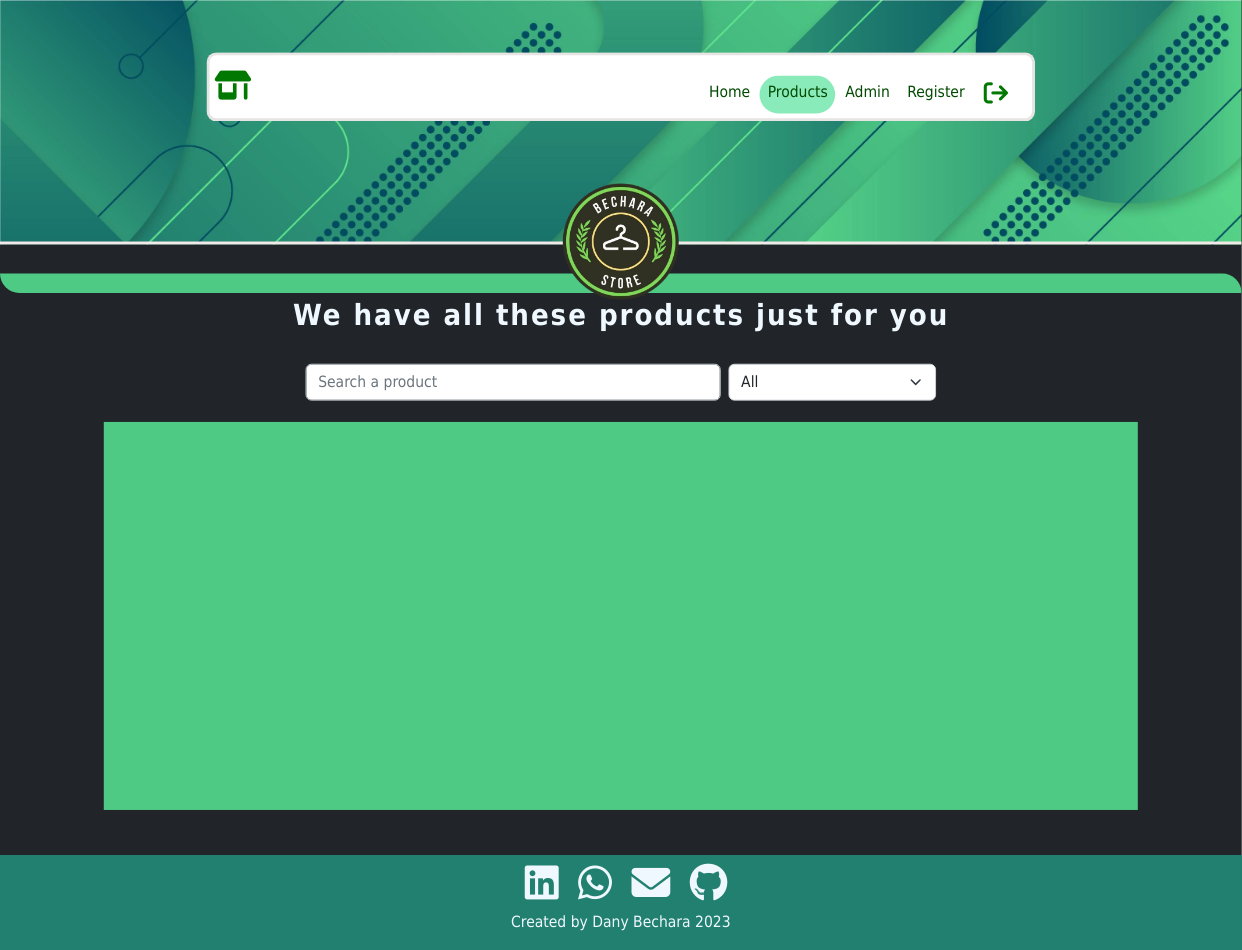
Repository: bechara611/becharastore
Page: /Products
An editor plug-in stored every save of this project. The page is shown before and after the next save, followed by the edit.
The browser window is 1280 px wide. The pictures show the whole page, at 97% of full size.
Backgrounds fixed to the window are drawn as part of the page. The project was rebuilt for these pictures with package versions that can differ from the ones it lists, and the page was loaded fresh each time. Some packages were replaced by stand-ins written for this rebuild. Also part of the build but not shown: src/hooks/useAuth.jsx, src/hooks/useForm.jsx, src/Auth/components/LoginAndRegister.css, src/Auth/components/Login.jsx, src/Auth/components/Register.jsx, src/UI/helper/ElementoActivo.js, src/UI/Components/FormularioContacto.css, src/UI/Components/FormularioContacto.jsx and 1 more.

Above is the page before, as saved 2023-02-01 17:49:01.

After the next save:
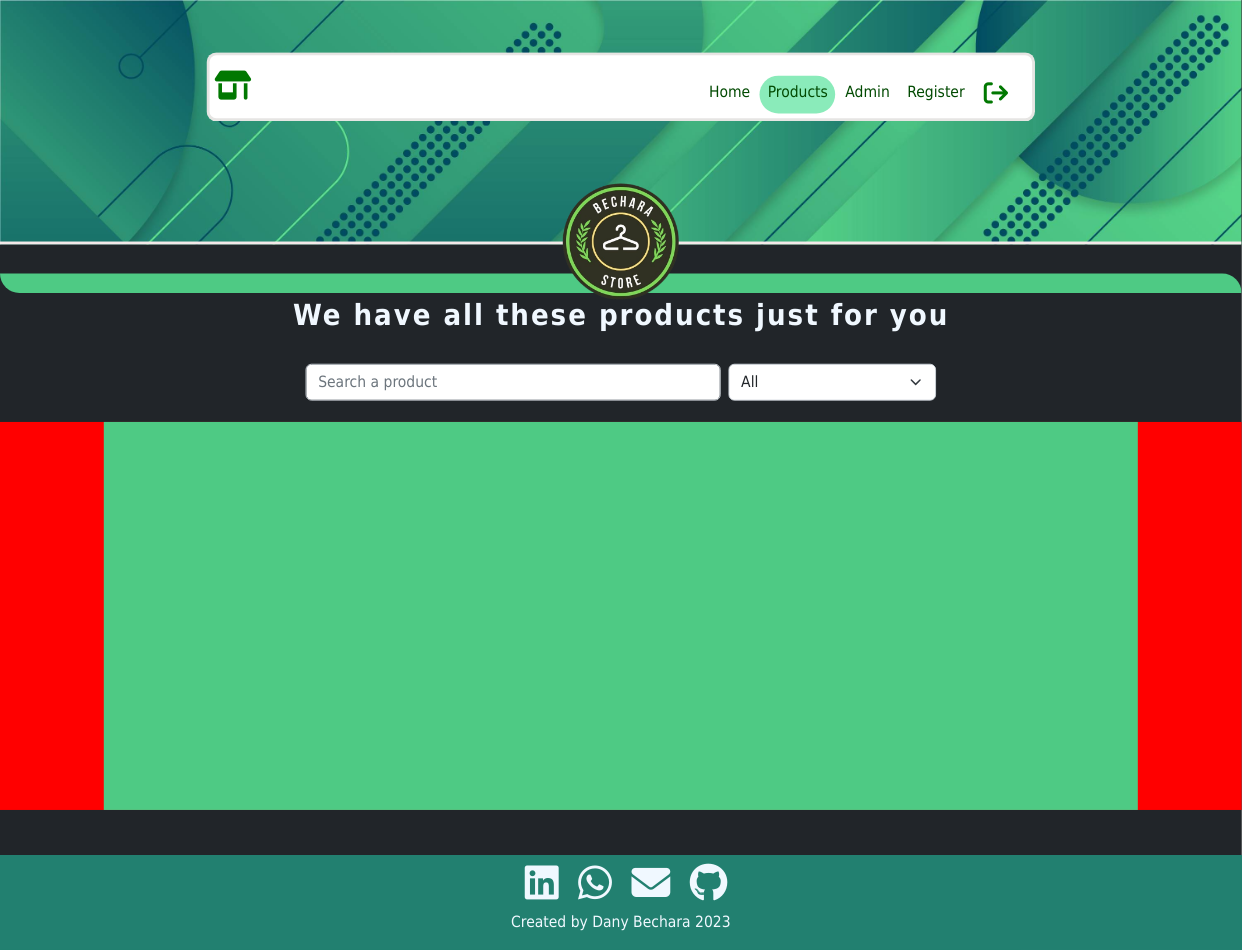
Saved 14 h 58 min later.
--- a/src/Products/components/ListadoProductos.jsx
+++ b/src/Products/components/ListadoProductos.jsx
@@ -55,7 +55,7 @@ export const ListadoProductos = () => {
                 </div>
             </div>
             <div className="row mt-2 mb-5">
-                <div className="col-12 contenedor-productos-padre">
+                <div className="col-12 contenedor-productos-padre fondito">
                         <div className="col-10 contenedor-productos-hijo"></div>
                 </div>
             </div>
